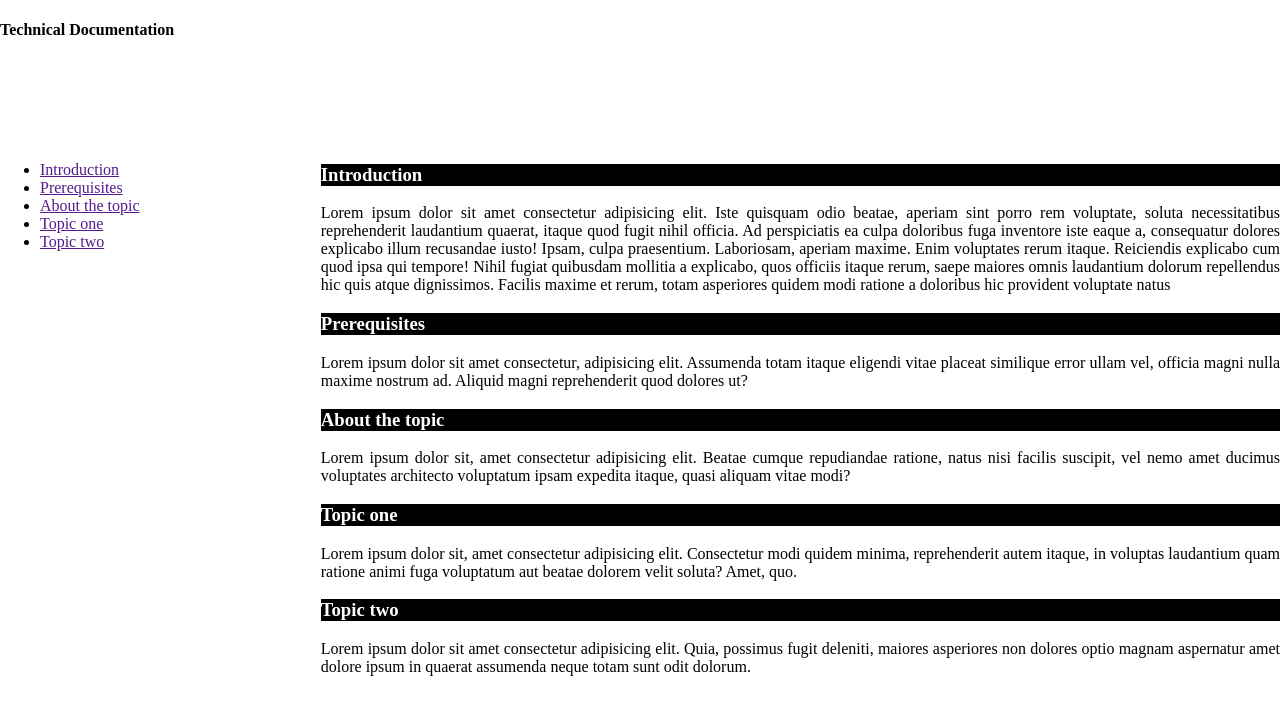
Repository: JoaoLemesDEV/Excercise-Tech-Documentation-Page
Page: index.html
These files come from the project's save history. The page is drawn as it stood at one moment and after the next save; the edit follows.
The browser window is 1280 px wide. The pictures show the whole page.

Above is the page before, as saved 2021-10-03 22:05:36.

After the next save:
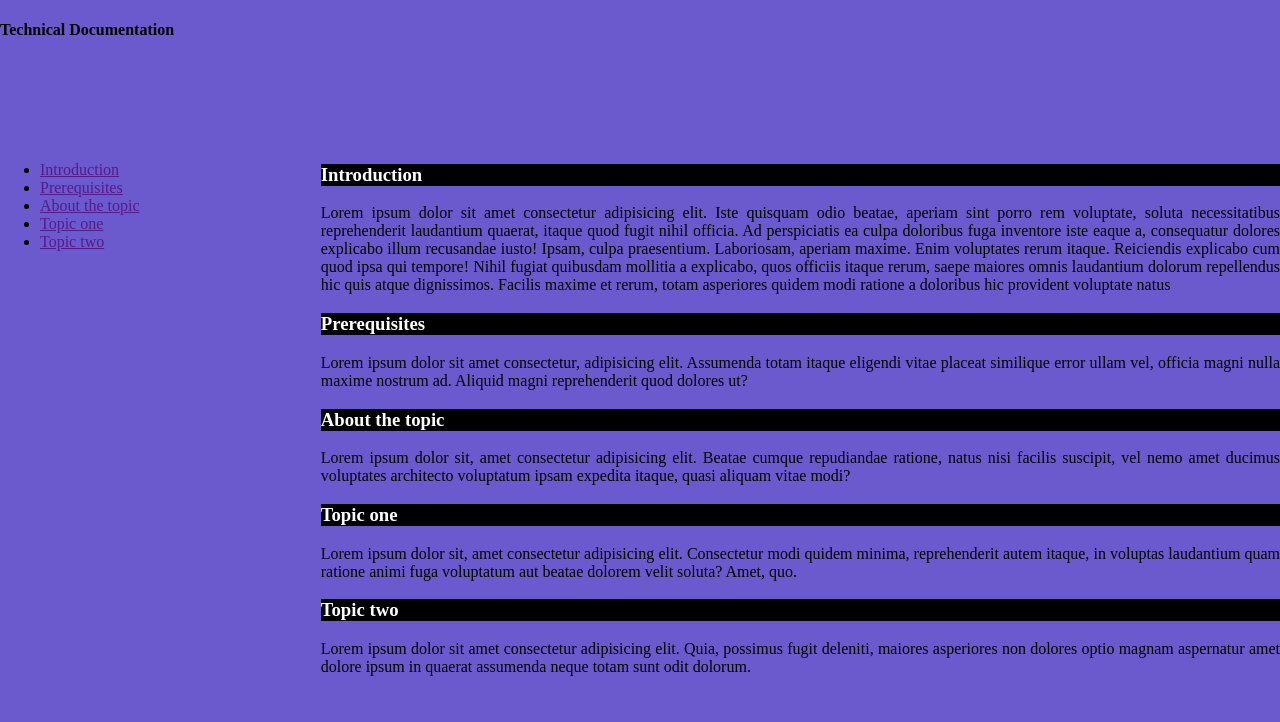
Saved 27 s later.
--- a/index.css
+++ b/index.css
@@ -2,7 +2,7 @@ html body {
   margin: 0;
   padding: 0;
   box-sizing: border-box;
- // background-color: slateblue;
+  background-color: slateblue;
 }
 .wrapper {
   display: grid;
